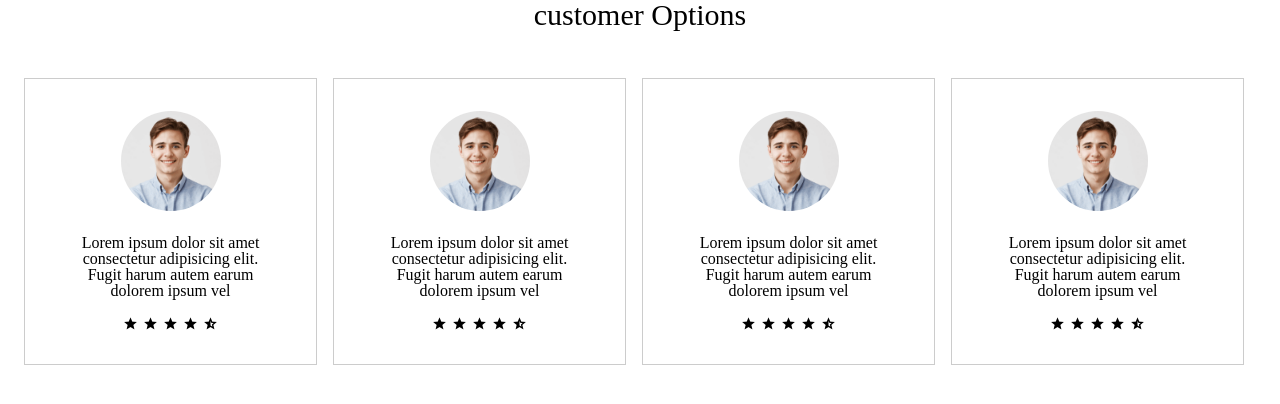
Repository: dinhhaidh/slider-3
Page: index.html
The author's editor kept a copy of each file at every save. The page is drawn from the files as they stood at one save, then again after the next save.
The browser window is 1280 px wide. The pictures show the whole page.

Above is the page before, as saved 2024-03-22 20:55:01.

### index.html
<!DOCTYPE html>
<html lang="en">
<head>
    <meta charset="UTF-8">
    <meta name="viewport" content="width=device-width, initial-scale=1.0">
    <title>Document</title>
    <link rel="stylesheet" href="https://cdnjs.cloudflare.com/ajax/libs/remixicon/4.2.0/remixicon.min.css">

    <link rel="stylesheet" href="./css/swiper-bundle.min.css">

    <link rel="stylesheet" href="./css/style.css">

</head>
<body>
    <div class="customer">
        <h3 class="customer__title">customer Options</h3>
        <div class="customer__container container">
            <div class="customer__swiper swiper">
                <div class="swiper-wrapper">
                    <article class="customer__article swiper-slide">
                        <img src="./img1.png" alt="image" class="customer__img">

                        <p>
                            Lorem ipsum dolor sit amet consectetur adipisicing elit. Fugit harum autem earum dolorem ipsum vel
                        </p>

                        <div class="customer__star">
                            <i class="ri-star-s-fill"></i>
                            <i class="ri-star-s-fill"></i>
                            <i class="ri-star-s-fill"></i>
                            <i class="ri-star-s-fill"></i>
                            <i class="ri-star-half-s-line"></i>
                        </div>
                    </article>
                    <article class="customer__article swiper-slide">
                        <img src="./img1.png" alt="image" class="customer__img">

                        <p>
                            Lorem ipsum dolor sit amet consectetur adipisicing elit. Fugit harum autem earum dolorem ipsum vel
                        </p>

                        <div class="customer__star">
                            <i class="ri-star-s-fill"></i>
                            <i class="ri-star-s-fill"></i>
                            <i class="ri-star-s-fill"></i>
                            <i class="ri-star-s-fill"></i>
                            <i class="ri-star-half-s-line"></i>
                        </div>
                    </article>
                    <article class="customer__article swiper-slide">
                        <img src="./img1.png" alt="image" class="customer__img">

                        <p>
                            Lorem ipsum dolor sit amet consectetur adipisicing elit. Fugit harum autem earum dolorem ipsum vel
                        </p>

                        <div class="customer__star">
                            <i class="ri-star-s-fill"></i>
                            <i class="ri-star-s-fill"></i>
                            <i class="ri-star-s-fill"></i>
                            <i class="ri-star-s-fill"></i>
                            <i class="ri-star-half-s-line"></i>
                        </div>
                    </article>
                </div>
            </div>
        </div>
    </div>


    <script src="./js/swiper-bundle.min.js"></script>
    <script src="./js/app.js"></script>
</body>
</html>

### css/style.css
*,
*:before,
*:after {
  box-sizing: border-box;
}
* {
  margin: 0;
  padding: 0;
  font: inherit;
}
img,
picture,
svg,
video {
  display: block;
  max-width: 100%;
}
input,
select,
textarea {
  background-color: transparent;
  outline: none;
}
button {
  cursor: pointer;
  background-color: transparent;
  outline: none;
  border: 0;
}
body {
  min-height: 100vh;
  font-weight: 400;
  font-size: 16px;
  line-height: 1;
}


.container{
    max-width: 1220px;
    Margin-inline: 1.5rem;
}


.customer__title{
    text-align: center;
    margin-bottom: 3rem;
    font-size: 30px;
}

.customer__article{
    display:flex;
    align-items: center;
    justify-content: center;
    flex-direction: column;
    padding: 2rem 3rem 2rem;
    background-color: #fff;
    border: 1px solid #ccc;
}
.customer__img{
    width: 100px;
    border-radius: 50%;
    margin: 0 auto 1.5rem;
}
.customer__article p {
    margin-bottom: 1rem;
    text-align: center;
}
.customer__star{

}
.ri-star-s-fill{

}
.ri-star-half-s-line{

}

### js/app.js
let swiperCustomer = new Swiper('.customer__swiper', {
    loop: true,
    spaceBetween: 16,
    slidesPerView: 'auto',
    centeredSlides: 'auto',

    breakpoints: {
        1150: {
            slidesPerView: 3,
            centeredSlides: false,
        },
    }
});

let swiperFeature = new Swiper('.customer__swiper', {
    loop: true,
    spaceBetween: 16,
    slidesPerView: 'auto',
    centeredSlides: 'auto',

    navigation: {
        nextEl: '.swiper-button-next',
        prevEl: '.swiper-button-prev',
    },

    breakpoints: {
        1150: {
            slidesPerView: 4,
            centeredSlides: false,
        }
    }
});

Loaded but not shown: css/swiper-bundle.min.css (library); js/swiper-bundle.min.js (library)

After the next save:
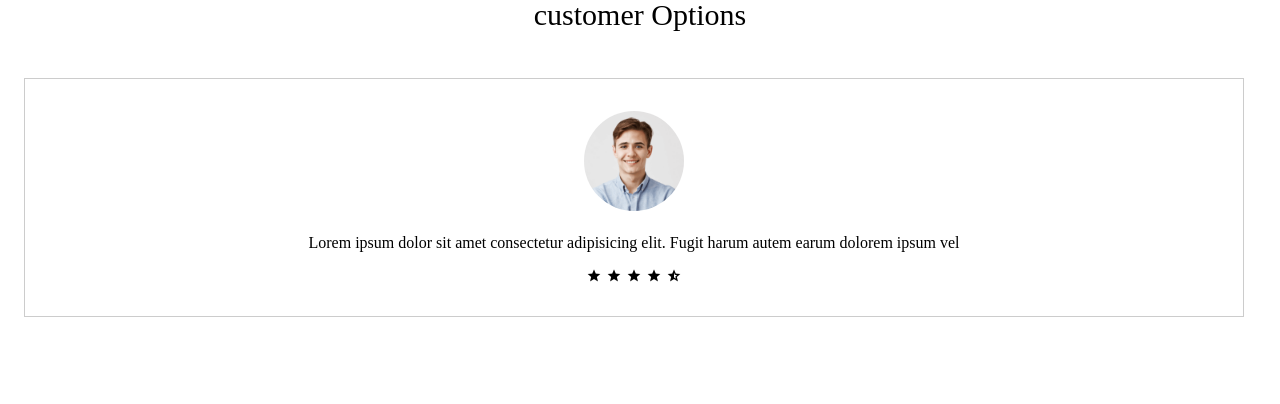
Console error: SyntaxError: Identifier 'swiperCustomer' has already been declared
Saved 7 s later.
--- a/js/app.js
+++ b/js/app.js
@@ -12,7 +12,7 @@
     }
 });
 
-let swiperFeature = new Swiper('.customer__swiper', {
+let swiperCustomer = new Swiper('.customer__swiper', {
     loop: true,
     spaceBetween: 16,
     slidesPerView: 'auto',

After the save that followed:
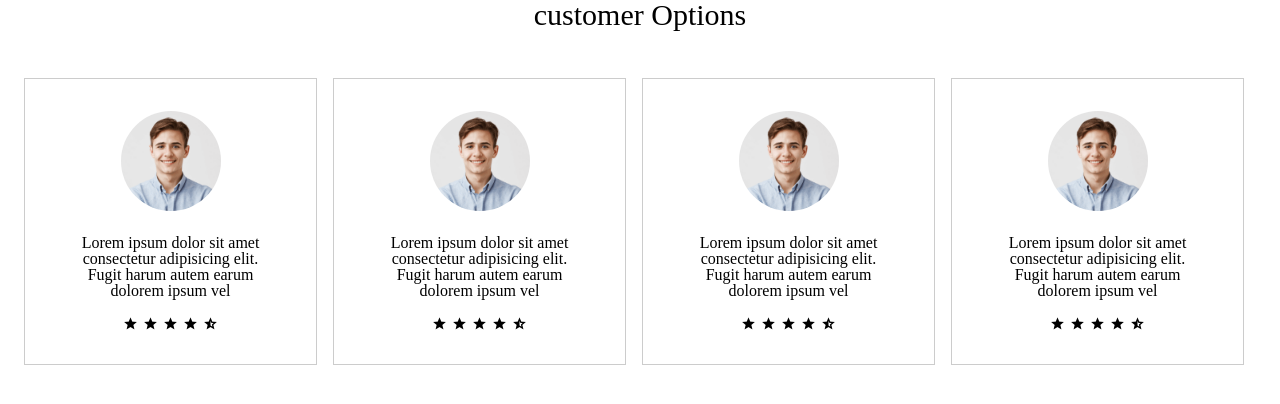
The error is gone.
Saved 5 s later.
--- a/js/app.js
+++ b/js/app.js
@@ -1,16 +1,16 @@
-let swiperCustomer = new Swiper('.customer__swiper', {
-    loop: true,
-    spaceBetween: 16,
-    slidesPerView: 'auto',
-    centeredSlides: 'auto',
+// let swiperCustomer = new Swiper('.customer__swiper', {
+//     loop: true,
+//     spaceBetween: 16,
+//     slidesPerView: 'auto',
+//     centeredSlides: 'auto',
 
-    breakpoints: {
-        1150: {
-            slidesPerView: 3,
-            centeredSlides: false,
-        },
-    }
-});
+//     breakpoints: {
+//         1150: {
+//             slidesPerView: 3,
+//             centeredSlides: false,
+//         },
+//     }
+// });
 
 let swiperCustomer = new Swiper('.customer__swiper', {
     loop: true,
